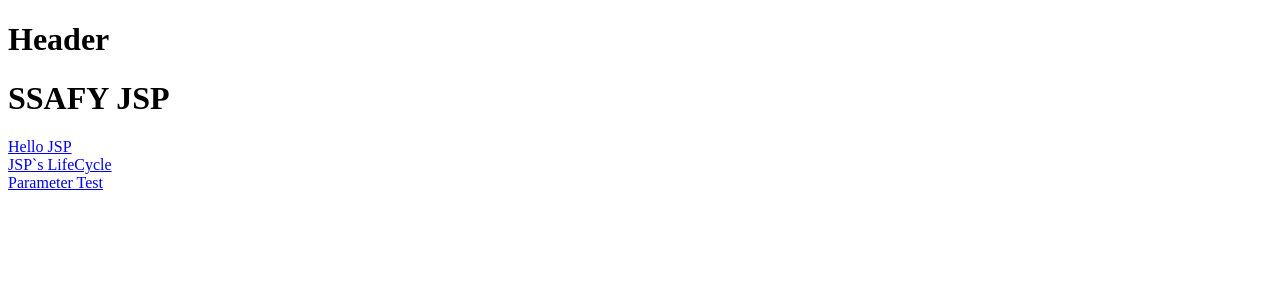
Repository: s00ngle/SSAFY-BE
Page: http://localhost/basic_jsp/
The author's editor kept a copy of each file at every save. The page is drawn from the files as they stood at one save, then again after the next save.
The browser window is 1280 px wide. The pictures show the whole page.
The page is served by Tomcat 10. Other server files are loaded and not shown.

Above is the page before, as saved 2024-09-24 02:48:51.

### basic_jsp/src/main/webapp/index.jsp
<%@ page language="java" contentType="text/html; charset=UTF-8"
    pageEncoding="UTF-8"%>
<!DOCTYPE html>
<html lang="ko">
  <head>
    <meta charset="UTF-8" />
    <meta http-equiv="X-UA-Compatible" content="IE=edge" />
    <meta name="viewport" content="width=device-width, initial-scale=1.0" />
    <link href="/basic_jsp/assets/css/app.css" rel="stylesheet" />
    <title>SSAFY</title>
  </head>
  <body>
  	<%@ include file="/template/header.jsp" %>
    <div class="container">
      <h1>SSAFY JSP</h1>
      <a href="/basic_jsp/hello.jsp">Hello JSP</a><br />
      <a href="/basic_jsp/lifecycle">JSP`s LifeCycle</a><br />
      <a href="/basic_jsp/parameter">Parameter Test</a><br />
    </div>
  </body>
</html>

### basic_jsp/src/main/webapp/template/header.jsp
<%@ page language="java" contentType="text/html; charset=UTF-8"
    pageEncoding="UTF-8"%>
<!DOCTYPE html>
<html>
<head>
<meta charset="UTF-8">
<title>Insert title here</title>
</head>
<body>
	<h1>Header</h1>
</body>
</html>

### basic_jsp/src/main/webapp/assets/css/app.css
mark.sky {
  background: linear-gradient(to top, #54fff9 20%, transparent 30%);
}

mark.orange {
  background: linear-gradient(to top, orange 20%, transparent 30%);
}

.divider {
  border: 0.5px solid lightgray;
}

.avatar {
  vertical-align: middle;
  width: 50px;
  height: 50px;
  border-radius: 50%;
}

After the next save:
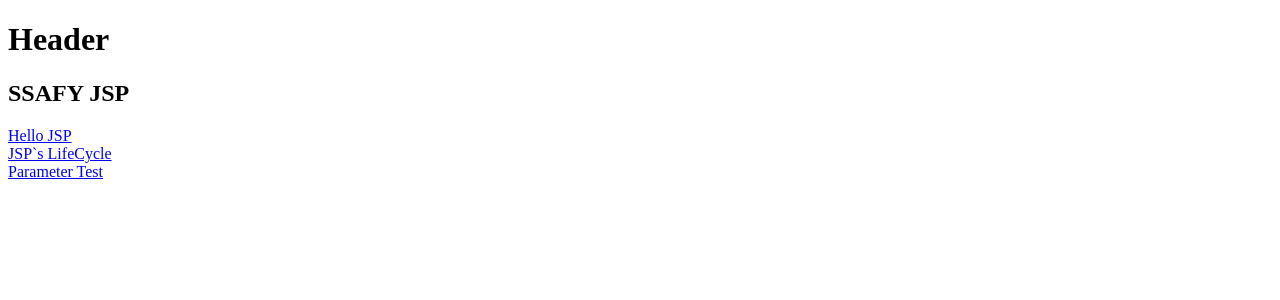
Saved 12 s later.
--- a/basic_jsp/src/main/webapp/index.jsp
+++ b/basic_jsp/src/main/webapp/index.jsp
@@ -12,7 +12,7 @@
   <body>
   	<%@ include file="/template/header.jsp" %>
     <div class="container">
-      <h1>SSAFY JSP</h1>
+      <h2>SSAFY JSP</h2>
       <a href="/basic_jsp/hello.jsp">Hello JSP</a><br />
       <a href="/basic_jsp/lifecycle">JSP`s LifeCycle</a><br />
       <a href="/basic_jsp/parameter">Parameter Test</a><br />
